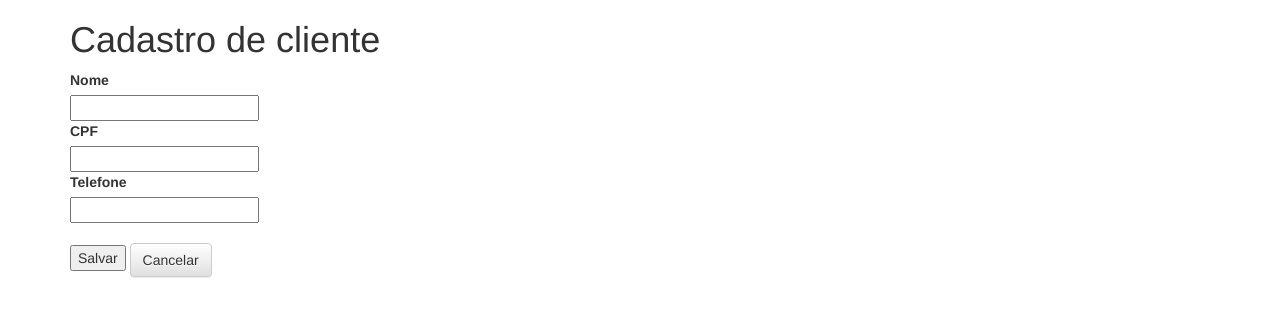
Repository: felipepalma14/Divus
Page: academiaweb/WebContent/cadastrarcliente.html
These files come from the project's save history. The page is drawn as it stood at one moment and after the next save; the edit follows.
The browser window is 1280 px wide. The pictures show the whole page.

Above is the page before, as saved 2015-08-15 15:42:11.

### academiaweb/WebContent/cadastrarcliente.html
<!DOCTYPE html>
<html>
<head>

<meta charset="UTF-8">

<link rel="stylesheet" type = "text/css"  href="resources/css/bootstrap.min.css"/>
<link rel="stylesheet" type = "text/css"  href="resources/css/bootstrap-theme.min.css"/>
<script type="text/javascript">src = "resources/js/bootstrap.min.js"</script>

<title>Cadastro de cliente</title>

</head>
<body>
<div class = "container">
	<h1>Cadastro de cliente</h1>
	<form method="GET" action="cadastrarclienteservlet">
		<label>Nome</label><br />
		<input type="text" name="nome"/><br />

		<label>CPF</label><br />
		<input type="text" name="cpf"/><br />

		<label>Telefone</label><br />
		<input type="text" name="telefone"/><br/><br/>
		<input type="submit" value="Salvar"/>
		<a href="index.html">
			<input class = "btn btn-default" type="button" value="Cancelar">
		</a>
	</form>
</div>
</body>
</html>

Loaded but not shown: academiaweb/WebContent/resources/css/bootstrap.min.css (library); academiaweb/WebContent/resources/css/bootstrap-theme.min.css (library)

After the next save:
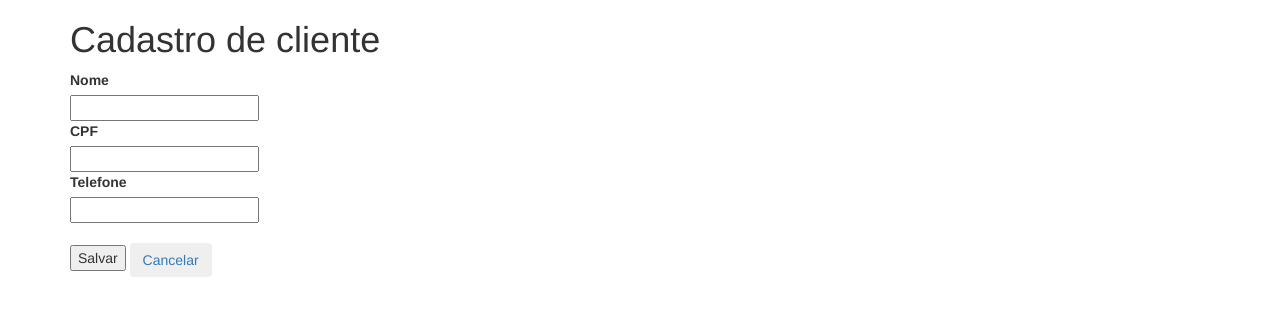
Saved 25 s later.
--- a/academiaweb/WebContent/cadastrarcliente.html
+++ b/academiaweb/WebContent/cadastrarcliente.html
@@ -25,7 +25,7 @@
 		<input type="text" name="telefone"/><br/><br/>
 		<input type="submit" value="Salvar"/>
 		<a href="index.html">
-			<input class = "btn btn-default" type="button" value="Cancelar">
+			<input class = "btn primery" type="button" value="Cancelar">
 		</a>
 	</form>
 </div>
